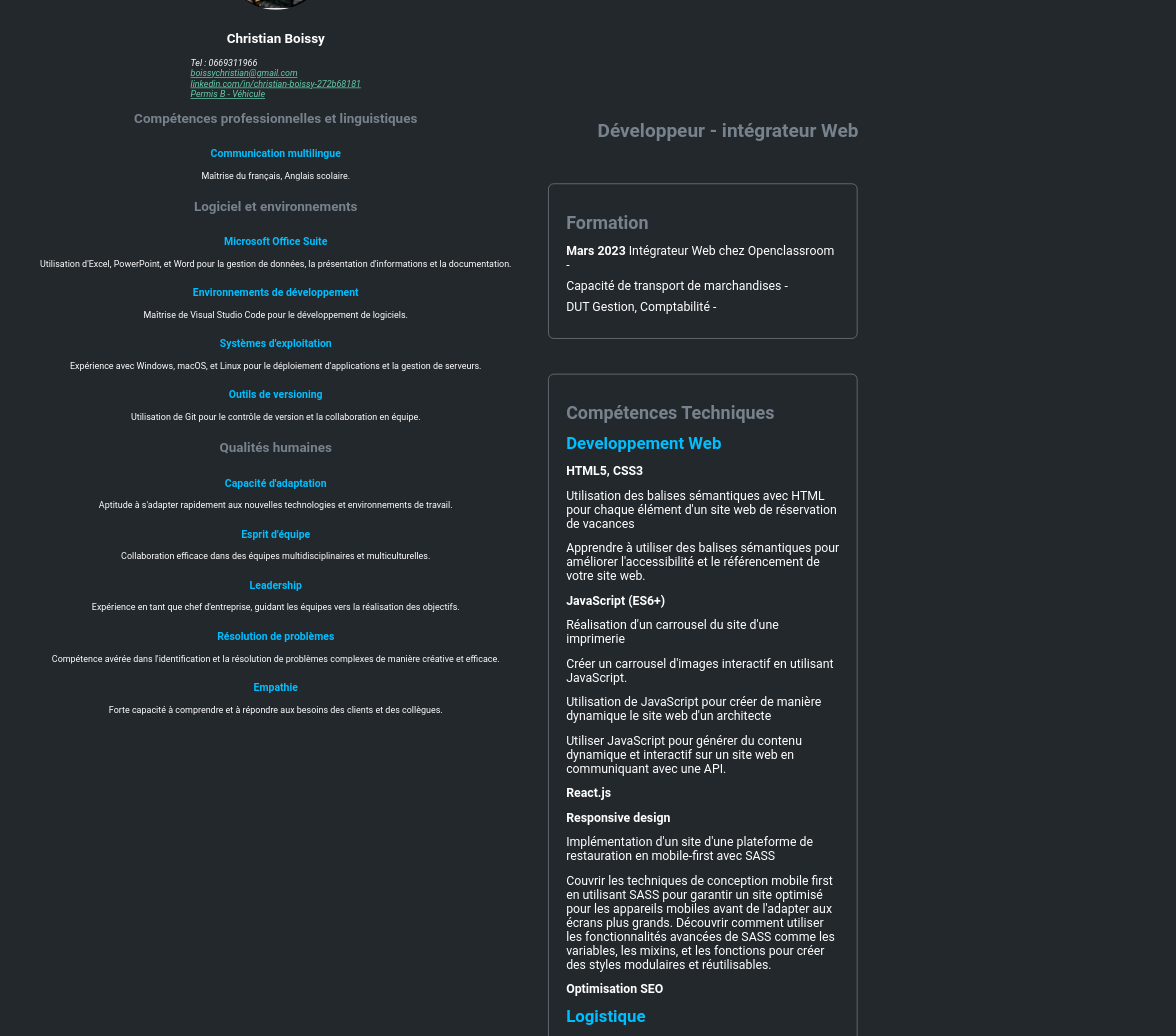
Repository: Christian121966/cv-logistique
Page: /
The author's editor kept a copy of each file at every save. The page is drawn from the files as they stood at one save, then again after the next save.
The browser window is 1280 px wide. The page is 1680 px wide, so the pictures cover 1680 px, including what lies to the right of the window. The pictures show the part of the page from y = 0 to 1480 px (the page is 2702 px tall before and 2682 px after), at 70% of full size.
The project was rebuilt for these pictures with package versions that can differ from the ones it lists, and the page was loaded fresh each time.

Above is the page before, as saved 2024-07-28 07:10:49.

After the next save:
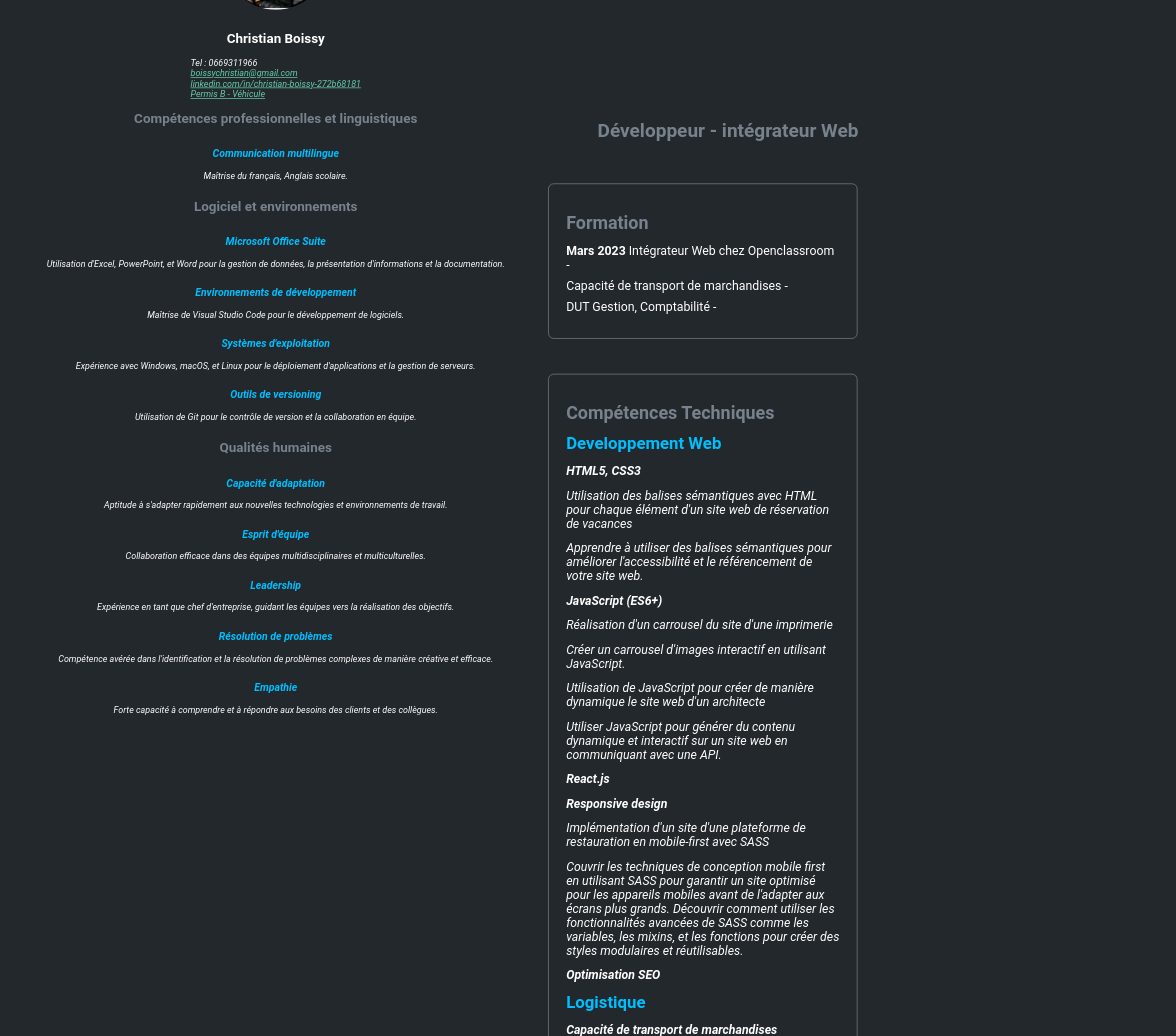
Saved 3 s later.
--- a/src/App.css
+++ b/src/App.css
@@ -123,6 +123,7 @@ body .card h3 {
 }
 body li {
   margin-bottom: 15px;
+  font-style: italic;
 }
 body .li_title {
   font-weight: bold;
@@ -344,4 +345,4 @@ body footer p {
   body p {
     font-size: 1em;
   }
-}/*# sourceMappingURL=App_20240728071043.css.map */
+}/*# sourceMappingURL=App_20240728071052.css.map */
